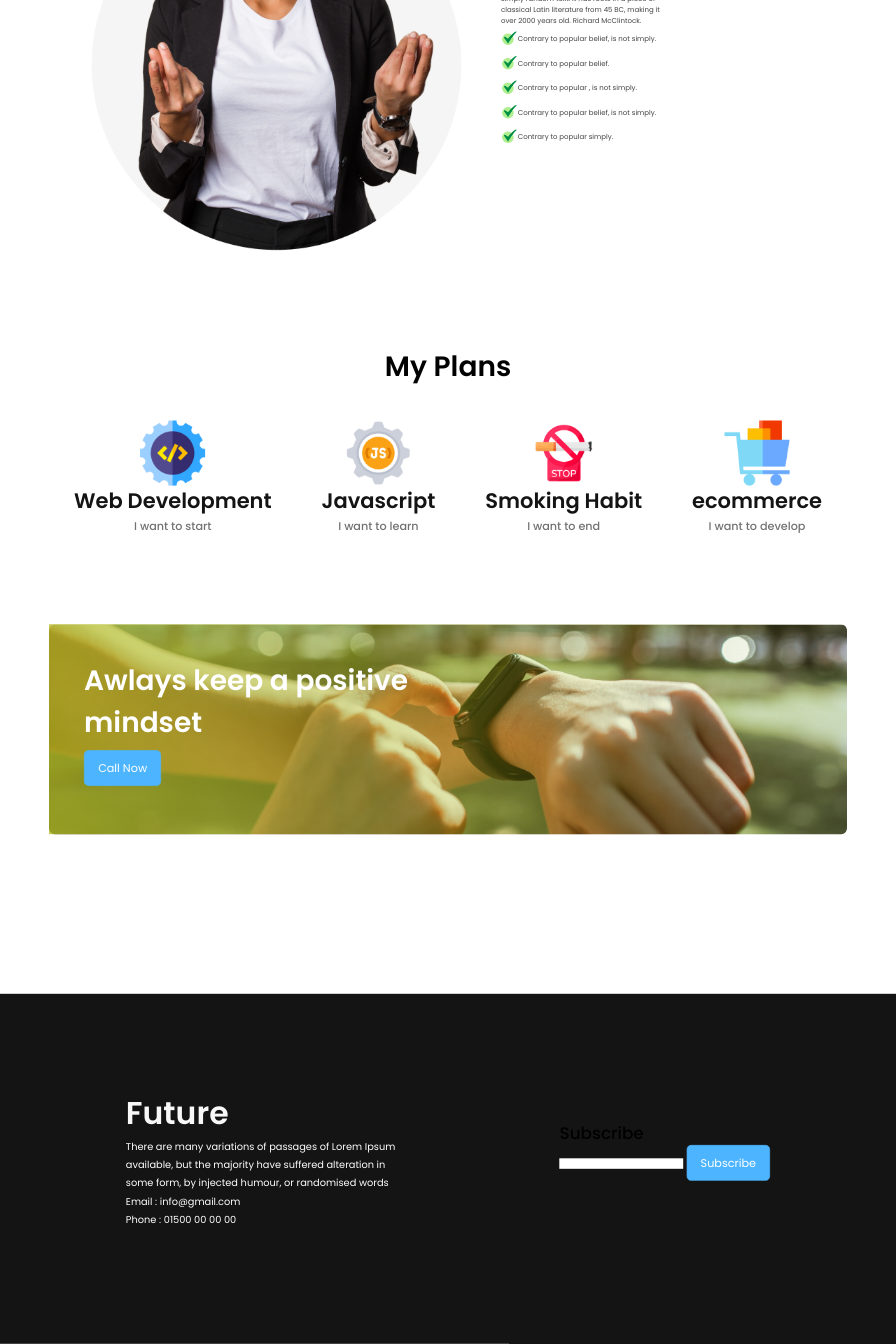
Repository: mdrubel02/new-year-new-mission
Page: index.html
These files come from the project's save history. The page is drawn as it stood at one moment and after the next save; the edit follows.
The browser window is 1280 px wide. The pictures show the part of the page from y = 1214 to 3134 px (the page is 3134 px tall), at 70% of full size.

Above is the page before, as saved 2023-01-07 01:52:38.

### index.html
<!DOCTYPE html>
<html lang="en">

<head>
    <meta charset="UTF-8">
    <meta http-equiv="X-UA-Compatible" content="IE=edge">
    <meta name="viewport" content="width=device-width, initial-scale=1.0">
    <title>new-year-new-mission</title>
    <!-------- css link ---------->
    <link rel="stylesheet" href="/index.css">
</head>

<body>
    <header>
        <!--------- banner section --------->
        <section class="banner_section ">
            <div class="banner">
                <h1>All Thinks Are Possible If You believe</h1>
                <p>There are many variations of passages of Lorem Ipsum available, but the majority have suffered
                    alteration in some form, by injected humour, or randomised words</p>
                <a href="" class="btn btn-primary">Contact Us</a>
            </div>
        </section>
    </header>
    <!------------------ experience section---------------- -->
    <section class="container">
        <div class="experience_section">
            <div class="experience_left">
                <img src="./images/person.png" alt="">
            </div>
            <div class="experience_right">
                <h1>My failures of previous year</h1>
                <p>Contrary to popular belief, Lorem Ipsum is not simply random text. It has roots in a piece of
                    classical Latin literature from 45 BC, making it over 2000 years old. Richard McClintock.</p>
                <ul>
                    <li class="experience-item"><span><img src="/images/check-mark.png" alt=""></span>
                        <p>Contrary to popular belief, is not simply.</p>
                    </li>
                    <li class="experience-item"><span><img src="/images/check-mark.png" alt=""></span>
                        <p>Contrary to popular belief.</p>
                    </li>
                    <li class="experience-item"><span><img src="/images/check-mark.png" alt=""></span>
                        <p>Contrary to popular , is not simply.</p>
                    </li>
                    <li class="experience-item"><span><img src="/images/check-mark.png" alt=""></span>
                        <p>Contrary to popular belief, is not simply.</p>
                    </li>
                    <li class="experience-item"><span><img src="/images/check-mark.png" alt=""></span>
                        <p>Contrary to popular simply.</p>
                    </li>
                </ul>
            </div>
        </div>

    </section>
    <!---------------- my plans section-------------->
    <section class="container">
        <h1 class="title">My Plans</h1>
        <div class="my_plans_section">
            <div class="my_plans_items">
                <img src="/images/icons/web.png" alt="">
                <h2>Web Development</h2>
                <p>I want to start</p>
            </div>
            <div class="my_plans_items">
                <img src="/images/icons/js.png" alt="">
                <h2>Javascript</h2>
                <p>I want to learn</p>
            </div>
            <div class="my_plans_items">
                <img src="/images/icons/smoke.png" alt="">
                <h2>Smoking Habit</h2>
                <p>I want to end</p>
            </div>
            <div class="my_plans_items">
                <img src="/images/icons/ecom.png" alt="">
                <h2>ecommerce</h2>
                <p>I want to develop</p>
            </div>
        </div>

    </section>
    <!------------- activity section --------------->
    <section class="container">
        <div class="activity_section">
            <div class="activity_content">
                <h1>Awlays keep a positive mindset</h1>
                <a href="" class="btn btn-primary">Call Now</a>
            </div>
        </div>
    </section>
    <!------ footer section ----------->
    <footer class="footer">
        <section class="container">
            <div class="footer_content">
                <div class="footer_left">
                    <h1>Future</h1>
                    <p>There are many variations of passages of Lorem Ipsum available, but the majority have suffered
                        alteration in some form, by injected humour, or randomised words</p>
                    <p>Email : info@gmail.com</p>
                    <p>Phone : 01500 00 00 00</p>
                    <div class="footer_icon">
                        <span></span>
                    </div>
                </div>
                <div class="footer_right">
                    <h1>Subscribe</h1>
                    <input type="text">
                    <a href="" class="btn btn-primary">Subscribe</a>
                </div>
            </div>
        </section>
    </footer>
</body>

</html>

### index.css
/* =====GOOGLE FONTS====== */
@import url('https://fonts.googleapis.com/css2?family=Poppins:wght@300;400;500;600&display=swap');

/* =====COMMON STYLES====== */
* {
    margin: 0;
    padding: 0;
    border: 0;
    outline: 0;
    list-style: none;
    text-decoration: none;
}

body {
    font-family: 'Poppins', sans-serif;
}

h1,
h2,
h3,
h4,
h5,
h6 {
    font-weight: 500;
}

.container {
    max-width: 1200px;
    margin: 0 auto;
    margin-top: 10%;
    margin-bottom: 10%;
    padding: 0 30px;
    box-sizing: border-box;
}

a {
    color: #fff;
    transition: all 400ms ease;
}

a:hover {
    color: #fff;
}

.btn {
    text-align: center;
    width: max-content;
    display: inline-block;
    color: #fff;
    padding: 0.75rem 1.2rem;
    border-radius: 0.4rem;
    border: 1px solid #4db5ff;
    transition: all 400ms ease;
}

.btn:hover {
    background: #fff;
    color: #4db5ff;
    border: 1px solid #4db5ff;
}

.btn-primary {
    background: #4db5ff;
    color: #fff;
}

/* ========= Banner section ============== */
.banner_section {
    background-image: url(/images/banner/banner1.png);
    background-repeat: no-repeat;
    background-size: cover;
    background-position: center center;
    height: 100vh;
    width: 100%;
    position: relative;
    z-index: 1;
    display: flex;
    flex-direction: column;
    justify-content: center;
    align-items: flex-end;
    text-align: center;
}

.banner {
    width: 35%;
    margin-top: -0%;
    position: absolute;
    right: 15%;
    display: flex;
    flex-direction: column;
    justify-content: end;
    align-items: flex-end;
}

.banner h1 {
    font-size: 45px;
    color: #151414;
    text-align: end;
}

.banner p {
    color: #444343;
    font-size: 12px;
    text-align: end;
    padding-top: 5px;
    padding-bottom: 10px;
}


/* =========== experience section ================== */
.experience_section {
    display: flex;
    justify-content: space-evenly;
    align-items: center;
}

.experience_right {
    width: 40%;
    margin-top: 5%;
}

.experience_right h1 {
    font-weight: 700;
    font-size: 40px;
    padding-bottom: 10px;
    color: #151414;
}

.experience_right p {
    width: 50%;
    font-size: 10px;
    color: #444343;
    padding-top: 5px;
    padding-bottom: 5px;
}

.experience-item {
    display: flex;
    padding-bottom: 4px;
}

.experience-item span img {
    height: 24px;
    width: 24px;
}

/* ================= my plans section================ */
.title {
    text-align: center;
    font-size: 40px;
    font-weight: 700;
    margin-bottom: 3rem;
}

.my_plans_section {
    display: flex;
    justify-content: space-around;
    align-items: center;
}

.my_plans_items {
    display: flex;
    flex-direction: column;
    justify-content: center;
    align-items: center;
}

.my_plans_items h2 {
    font-size: 30px;
    font-weight: 700;
    color: #151414;
}

.my_plans_items p {
    font-weight: 500;
    font-size: 16px;
    color: #737272;
}

/* ============= activity section========= */
.activity_section {
    background-image: url(/images/watch.png);
    background-repeat: no-repeat;
    background-size: cover;
    background-position: center center;
    height: 300px;
    width: 100%;
    position: relative;
    z-index: 1;
    display: flex;
    flex-direction: column;
    justify-content: flex-start;
    align-items: flex-start;
    text-align: start;
    border-radius: 8px;
}

.activity_section::after {
    content: "";
    position: absolute;
    top: 0;
    left: 0;
    width: 100%;
    height: 100%;
    opacity: .7;
    z-index: -5;
    background: linear-gradient(90deg, #afb818 0%, rgba(241, 91, 34, 0) 100%);
}

.activity_content {
    padding: 50px;
}

.activity_content h1 {
    width: 470px;
    font-size: 40px;
    font-weight: 700;
    padding-bottom: 10px;
    color: #FFFFFF;
}

/*============== footer section============= */
.footer {
    background-color: #151414;
    height: 500px;
}

.footer_content {
    display: flex;
    justify-content: space-around;
    align-items: center;
    margin-top: 20%;
}

.footer_left {
    margin-top: 12%;
}

.footer_left h1 {
    font-size: 45px;
    font-weight: 700;
    color: #F8F8F8;
}

.footer_left p {
    font-weight: 400;
    width: 400px;
    font-size: 14px;
    line-height: 26px;
    color: #FFFFFF;
}

.footer_right {
    margin-top: 10%;
}

After the next save:
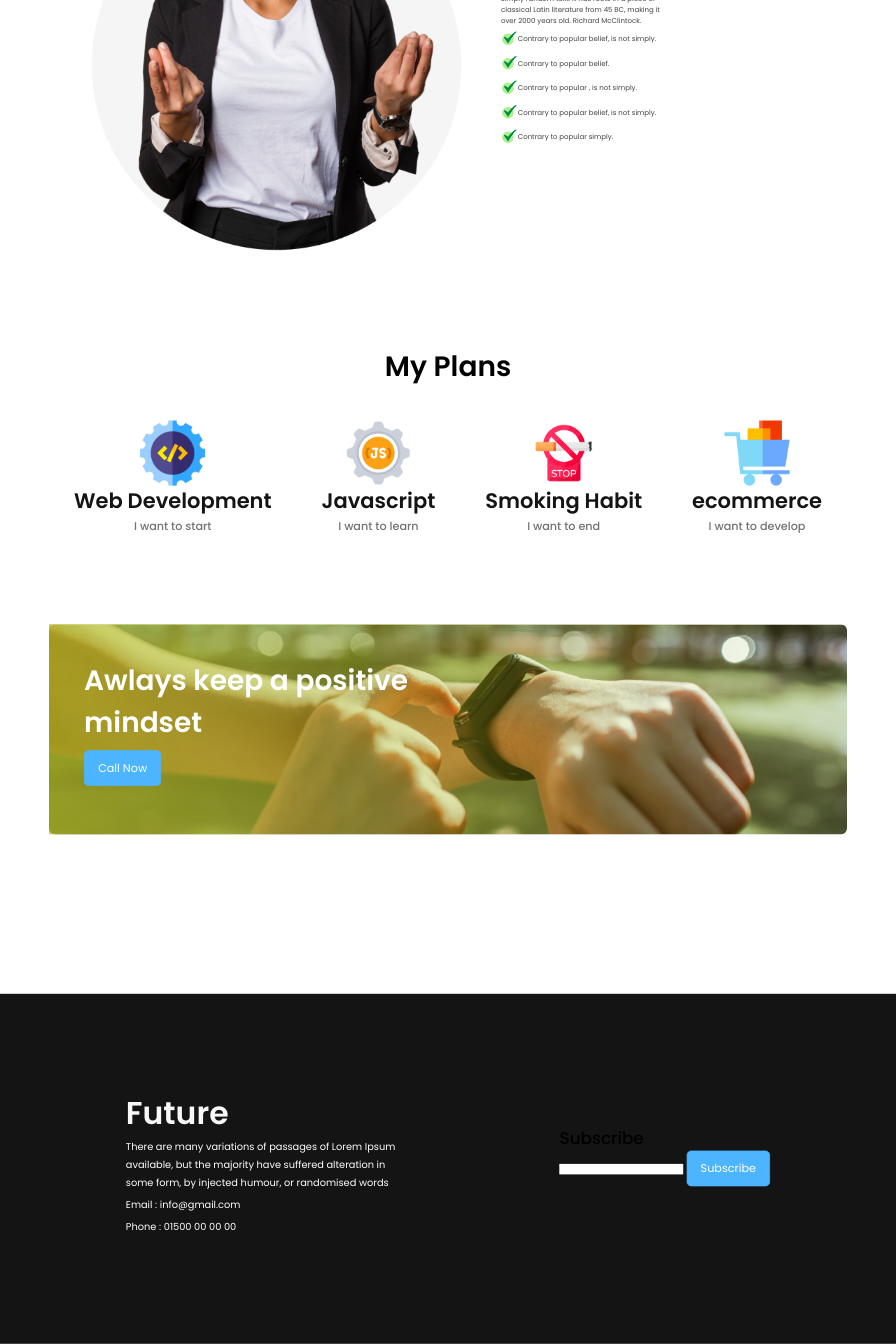
Saved 34 s later.
--- a/index.css
+++ b/index.css
@@ -247,6 +247,7 @@ a:hover {
     width: 400px;
     font-size: 14px;
     line-height: 26px;
+    padding-bottom: 5px;
     color: #FFFFFF;
 }
 
